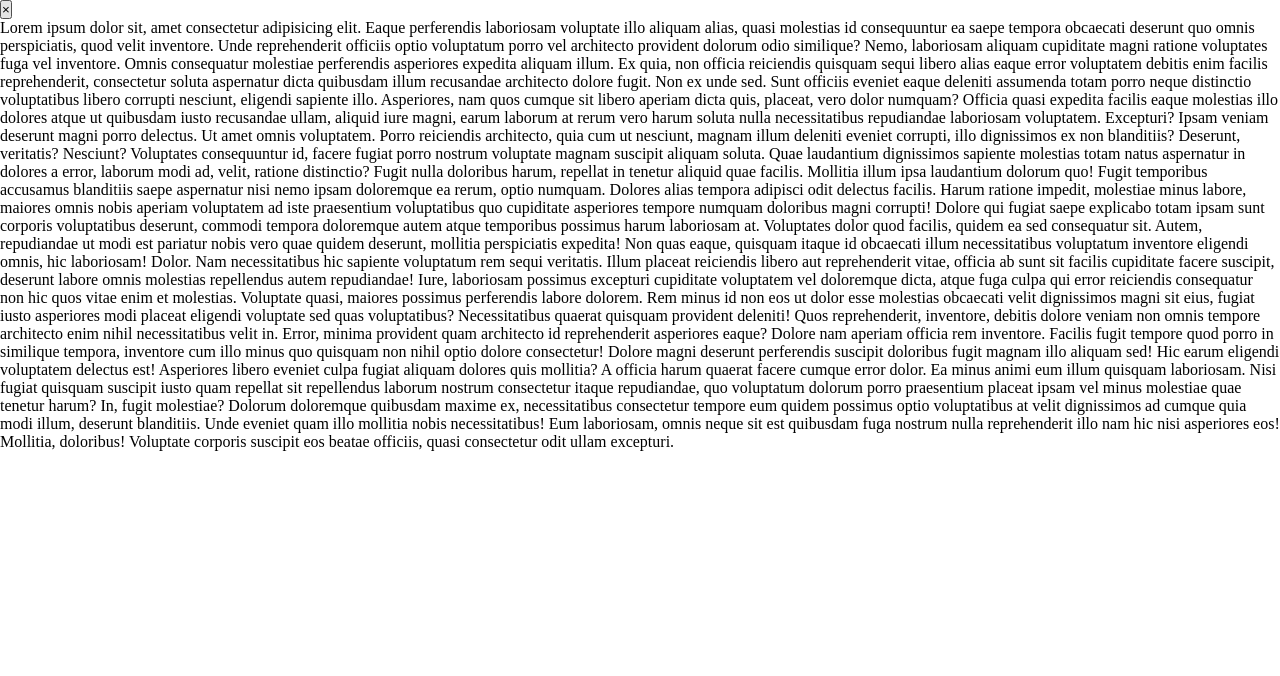
Repository: hoangan3526/Javascript-project
Page: index.html
These files come from the project's save history. The page is drawn as it stood at one moment and after the next save; the edit follows.
The browser window is 1280 px wide. The pictures show the whole page.

Above is the page before, as saved 2026-04-07 09:45:07.

After the next save:
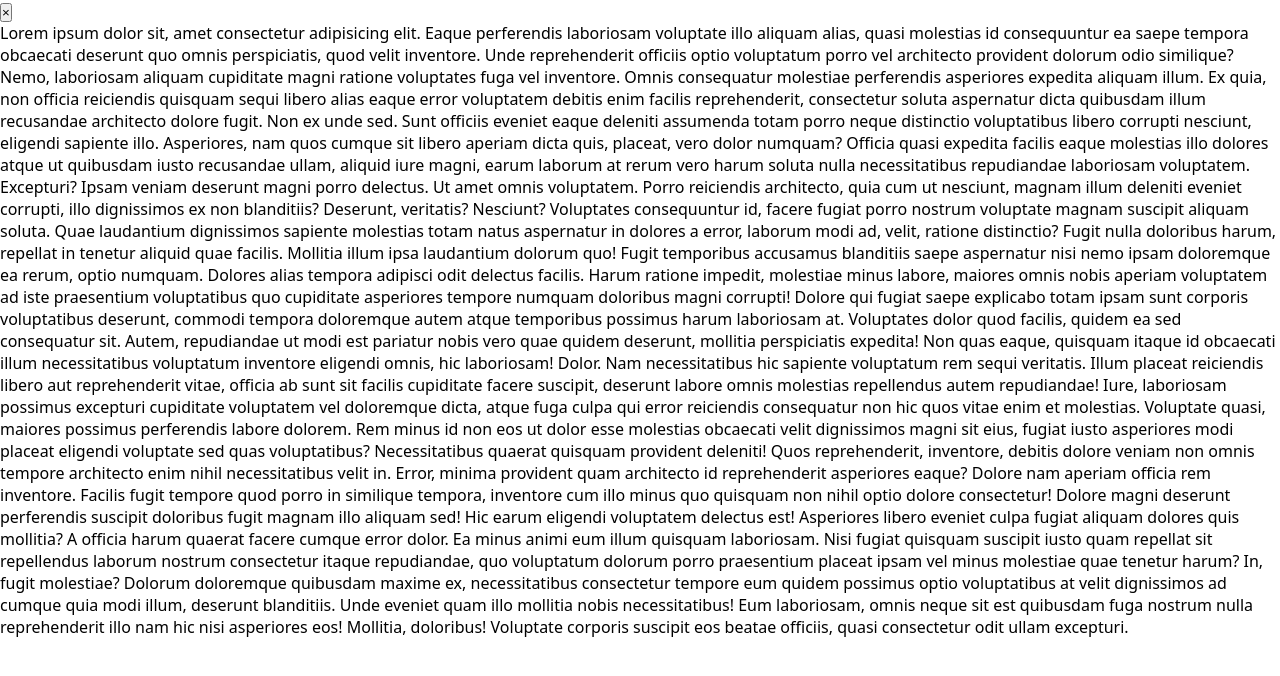
Saved 70 s later.
--- a/style.css
+++ b/style.css
@@ -2,6 +2,13 @@
      margin: 0;
      padding: 0;
      box-sizing: border-box;
+}
+html{
+    font-size: 62.5%;
+}
+body {
+    font-size: 1.6rem;
+    font-family: system-ui, -apple-system, BlinkMacSystemFont, 'Segoe UI', Roboto, Oxygen, Ubuntu, Cantarell, 'Open Sans', 'Helvetica Neue', sans-serif;
 }
 .modal-backdrop{
 
